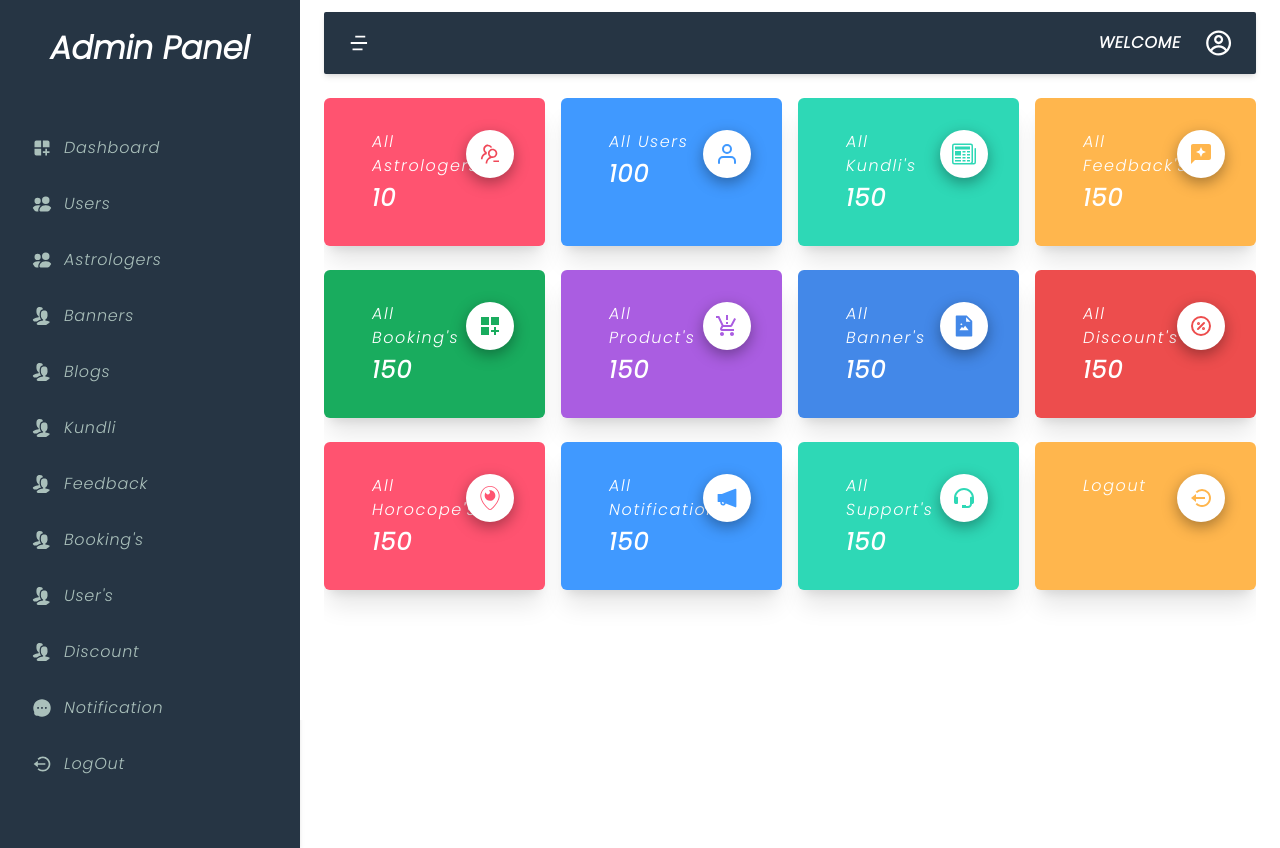
Repository: FlyweisReact/Hariom-Admin-Panel
Page: /vendorDashboard
An editor plug-in stored every save of this project. The page is shown before and after the next save, followed by the edit.
The browser window is 1280 px wide. The pictures show the whole page.
Some web libraries are served in a nearby version. The project was rebuilt for these pictures with package versions that can differ from the ones it lists, and the page was loaded fresh each time. Also part of the build but not shown: src/vendorPanel/forms/VendorLogin.jsx, src/vendorPanel/pages/AdminDiscount.js, src/vendorPanel/pages/AdminReview.js, src/vendorPanel/pages/Astrologers.js, src/vendorPanel/pages/Banners.js, src/vendorPanel/pages/Booking.js, src/vendorPanel/pages/Horoscope.js, src/vendorPanel/pages/Kundli.js and 6 more.

Above is the page before, as saved 2023-04-15 15:38:20.

### public/index.html
<!-- @format -->

<!DOCTYPE html>
<html lang="en">
  <head>
    <meta charset="utf-8" />
    <meta name="viewport" content="width=device-width, initial-scale=1" />
    <meta name="theme-color" content="#000000" />
    <meta
      name="description"
      content="Web site created using create-react-app"
    />
    <link rel="apple-touch-icon" href="%PUBLIC_URL%/favicon.ico?v=2" />
    <link rel="manifest" href="%PUBLIC_URL%/manifest.json" />
    <link rel="preconnect" href="https://fonts.googleapis.com">
<link rel="preconnect" href="https://fonts.gstatic.com" crossorigin>
<link href="https://fonts.googleapis.com/css2?family=Roboto+Mono:ital,wght@1,300&display=swap" rel="stylesheet">
    <title>HariOm</title>
  </head>
  <body>
    <noscript>You need to enable JavaScript to run this app.</noscript>
    <div id="root"></div>
    <script src="https://code.jquery.com/jquery-3.6.0.min.js"></script>
    <script src="https://kit.fontawesome.com/b533b351e4.js" crossorigin="anonymous"></script>
  </body>
</html>

### src/index.js
import React from "react";
import ReactDOM from "react-dom/client";
import "./index.css";
import App from "./App";
import { BrowserRouter } from "react-router-dom";
import 'bootstrap/dist/css/bootstrap.min.css'

const root = ReactDOM.createRoot(document.getElementById("root"));
root.render(
  <React.StrictMode>
    <BrowserRouter>
      <App />
    </BrowserRouter>
  </React.StrictMode>
);

### src/index.css
/** @format */

@tailwind base;
@tailwind components;
@tailwind utilities;
@import url("https://fonts.googleapis.com/css2?family=Roboto+Mono:ital,wght@1,300&display=swap");
@font-face {
  font-family: Roboto;
  src: url('./Fonts/Poppins-LightItalic.ttf');
}
body {
  margin: 0;
  font-family:Roboto !important;
  -webkit-font-smoothing: antialiased;
  -moz-osx-font-smoothing: grayscale;
}



code {
  font-family:Roboto !important;
}

html {
  font-family:Roboto !important;
}

::-webkit-scrollbar {
  width: 10px;
}
.fa-trash {
  color: red;
  cursor: pointer;
}

/* Track */
::-webkit-scrollbar-track {
  background: #f1f1f1;
}

/* Handle */
::-webkit-scrollbar-thumb {
  background: #888;
}

/* Handle on hover */
::-webkit-scrollbar-thumb:hover {
  background: #555;
}
.profileImage{
  width: 100px;
}
.fa-eye{
  color: #029aff;
  cursor: pointer;
}

.View{
  border:  1px solid black;
  width: 100%;
  padding: 10px;

}

.main-card--container {
  display: grid;
  grid-template-columns: repeat(3, minmax(300px, 500px));
  grid-gap: 50px;
  justify-content: space-around;
}
.card-container {
  margin: 25px 0 auto;
  box-shadow: rgba(0, 0, 0, 0.35) 0px 5px 15px;
  position: relative;
  display: grid;
  grid-template-columns: 1fr;
  justify-content: space-around;
  align-items: flex-start;
}

.myEdit:focus {
  box-shadow: rgba(0, 0, 0, 0.35) 0px 5px 15px;
}

### src/App.js
/** @format */

import { Routes, Route } from "react-router-dom";
import { ToastContainer } from "react-toastify";
import "react-toastify/dist/ReactToastify.css";
import VendorLogin from './vendorPanel/forms/VendorLogin'
import AdminDiscount from "./vendorPanel/pages/AdminDiscount";
import AdminReview from "./vendorPanel/pages/AdminReview";
import Astrologers from "./vendorPanel/pages/Astrologers";
import Banners from "./vendorPanel/pages/Banners";
import Booking from "./vendorPanel/pages/Booking";
import Horoscope from "./vendorPanel/pages/Horoscope";
import Kundli from "./vendorPanel/pages/Kundli";
import Message from "./vendorPanel/pages/Message";
import UploadDocs from "./vendorPanel/pages/UploadDocs";
import Users from "./vendorPanel/pages/Users";
import VendorDashboard from './vendorPanel/pages/VendorDashboard.jsx'
import AdminUsers from './vendorPanel/pages/AdminUsers'
import AdminBlogs from './vendorPanel/pages/AdminBlogs'
import AdminCategory from './vendorPanel/pages/AdminCategory'
// import AdminUsers from './vendorPanel/pages/AdminUsers'

function App() {
  return (
    <>
      <ToastContainer />

      <Routes>
        <Route path="/" element={<VendorLogin />} />
        <Route path="/vendorDashboard" element={<VendorDashboard />} />
        <Route path="/astro" element={<Astrologers />} />
        <Route path="/kundli" element={<Kundli />} />
        <Route path="/horo" element={<Horoscope />} />
        <Route path="/adminReviews" element={<AdminReview />} />
        <Route path="/uploadDocs" element={<UploadDocs />} />
        <Route path="/Banners" element={<Banners />} />
        <Route path="/AdminDiscount" element={<AdminDiscount />} />
        <Route path="/msg" element={<Message />} />
        <Route path="/book" element={<Booking />} />
        <Route path="/users" element={<Users />} />
        <Route path="/admin/users" element={<AdminUsers />} />
        <Route path='/admin/blogs' element={<AdminBlogs />} />
        <Route path="/admin/category" element={<AdminCategory />} />
      </Routes>
    </>
  );
}

export default App;

### src/vendorPanel/pages/VendorDashboard.jsx
import React from "react";
import { MdDashboardCustomize, MdProductionQuantityLimits ,MdReviews } from "react-icons/md";
import { FaPeriscope } from "react-icons/fa";
import {AiOutlineUsergroupDelete ,AiFillFileImage , AiFillNotification} from 'react-icons/ai'
import {FiUser} from 'react-icons/fi'
import {BsNewspaper} from 'react-icons/bs'
import {BiSupport ,BiLogOutCircle} from 'react-icons/bi'
import {TbDiscount} from 'react-icons/tb'
import HOC from "../layout/HOC";


const VendorDashboard = () => {
  const card = [
    {
      progress: "bg-blue-400",
      title: "All Astrologers",
      number: "10",
      icon: <AiOutlineUsergroupDelete className="text-2xl text-[rgb(240,72,88)]" />,
      bg : "#ff5370"
    },
    {
      progress: "bg-green-400",
      title: "All Users",
      number: "100",
      icon: (
        <FiUser className="text-2xl text-[#4099ff]" />
      ),
      bg : "#4099ff"
    },
    {
      progress: "bg-yellow-400",
      title: "All Kundli's",
      number: "150",
      icon: <BsNewspaper className="text-2xl text-[#2ed8b6]" />,
      bg : "#2ed8b6"
    },
    {
      progress: "bg-yellow-400",
      title: "All Feedback's",
      number: "150",
      icon: <MdReviews className="text-2xl text-[#ffb64d]" />,
      bg : "#ffb64d"
    },
    {
      progress: "bg-yellow-400",
      title: "All Booking's",
      number: "150",
      icon: <MdDashboardCustomize className="text-2xl text-[#19ac5e]" />,
      bg : "#19ac5e"
    },
    {
      progress: "bg-yellow-400",
      title: "All Product's",
      number: "150",
      icon: <MdProductionQuantityLimits className="text-2xl text-[#aa5de1]" />,
      bg : "#aa5de1"
    },
    {
      progress: "bg-yellow-400",
      title: "All Banner's",
      number: "150",
      icon: <AiFillFileImage className="text-2xl text-[#4388e8]" />,
      bg : "#4388e8"
    },
    {
      progress: "bg-yellow-400",
      title: "All Discount's",
      number: "150",
      icon: <TbDiscount className="text-2xl text-[#ed4d4d]" />,
      bg  : "#ed4d4d"
    },
    {
      progress: "bg-yellow-400",
      title: "All Horocope's",
      number: "150",
      icon: <FaPeriscope className="text-2xl text-[#ff5370]" />,
      bg : "#ff5370"
    },
    {
      progress: "bg-yellow-400",
      title: "All Notification's",
      number: "150",
      icon: <AiFillNotification className="text-2xl text-[#4099ff]" />,
      bg : "#4099ff"
    },
    {
      progress: "bg-yellow-400",
      title: "All Support's",
      number: "150",
      icon: <BiSupport className="text-2xl text-[#2ed8b6]" />,
      bg : "#2ed8b6"
    },
    {
      progress: "bg-yellow-400",
      title: "Logout",
      icon: <BiLogOutCircle className="text-2xl text-[#ffb64d]" />,
      bg : "#ffb64d"
    },
  ];
  return (
    <>
      <section className="grid md:grid-cols-4 grid-cols-2 gap-y-6 gap-x-4">
        {/* Card */}
        {card.map((card , index) => {
          return (
            <div className="px-5 py-8 bg-slate-200 space-y-2 shadow-xl flex flex-col  rounded-md" key={index} style={{backgroundColor : `${card.bg}`}}>
              <div className="grid  justify-between grid-cols-4">
                <div className="flex flex-col col-span-3 space-y-1">
                  <span className="tracking-widest text-gray-900" style={{color : '#fff'}}>
                    {card.title}
                  </span>
                  <span className="tracking-wider text-gray-700 text-xl md:text-2xl font-semibold" style={{color : '#fff'}}>
                    {card.number}
                  </span>
                </div>
                <div className="flex rounded-full w-10 h-10 sm:w-12 sm:h-12 bg-white justify-center items-center" style={{boxShadow : 'rgba(0, 0, 0, 0.35) 0px 5px 15px'}}>
                  {card.icon}
                </div>
              </div>
            </div>
          );
        })}
      </section>
    </>
  );
};

export default HOC(VendorDashboard);

### src/vendorPanel/layout/HOC.jsx
import React, { useState } from "react";
import Navbar from "./Navbar";
import Sidebar from "./Sidebar";

const HOC = (Wcomponenet) => {
  return function Component() {
    const [hamb, setHamb] = useState(false);
    return (
      <>
        <section className="flex overflow-x-hidden relative">
          {/* Sidebar */}
          <div
            className={
              hamb
                ? " absolute top-0 z-30 md:w-auto shadow-md bg-slate-200  w-60 transition-all md:-left-full left duration-150  h-auto overflow-y-auto  left-0 "
                : " md:w-72 z-30 bg-slate-200  shadow-md  md:static absolute top-0 -left-full   transition-all duration-150  overflow-y-auto h-auto"
            }
            style={{minWidth : '300px'}}
          >
            <Sidebar hamb={hamb} setHamb={setHamb} />
          </div>
          {/* Components & Navbar */}
          <div
            className={
              hamb
                ? " transition-all px-4 py-2  bg-white duration-150 w-full h-screen"
                : " w-full h-screen  px-4 py-2  bg-white z-50 transition-all duration-150 "
            }
          >
            <Navbar hamb={hamb} setHamb={setHamb} />
            <div className="my-6 text-#000 h-[87%] wcomp overflow-y-auto">
              <Wcomponenet />
            </div>
          </div>
        </section>
      </>
    );
  };
};

export default HOC;

### src/vendorPanel/layout/Navbar.jsx
/** @format */

import { RiMenu4Line } from "react-icons/ri";
import { CgProfile } from "react-icons/cg";
import Form from "react-bootstrap/Form";
import { useState } from "react";
import Button from "react-bootstrap/Button";
import Modal from "react-bootstrap/Modal";
import Container from "react-bootstrap/Container";

function MyVerticallyCenteredModal(props) {
  return (
    <Modal
      {...props}
      size="lg"
      aria-labelledby="contained-modal-title-vcenter"
      centered
    >
      <Modal.Header closeButton>
        <Modal.Title id="contained-modal-title-vcenter">
          Edit Profile
        </Modal.Title>
      </Modal.Header>
      <Modal.Body>
        <Container style={{ width: "600px" }}>
          <Form>
            <Form.Group className="mb-3" controlId="formBasicEmail">
              <Form.Label>Name</Form.Label>
              <Form.Control type="text" placeholder="Admin" />
            </Form.Group>
            <Form.Group className="mb-3" controlId="formBasicPassword">
              <Form.Label>Email Address</Form.Label>
              <Form.Control type="email" placeholder="admin@gmail.com" />
            </Form.Group>
            <Form.Group className="mb-3" controlId="formBasicPassword">
              <Form.Label>Password</Form.Label>
              <Form.Control type="password" placeholder="Password" />
            </Form.Group>
            <Button variant="outline-success" type="submit">
              Edit
            </Button>
          </Form>
        </Container>
      </Modal.Body>
    </Modal>
  );
}

const Navbar = ({ hamb, setHamb }) => {
  const [modalShow, setModalShow] = useState(false);

  return (
    <>
      <MyVerticallyCenteredModal
        show={modalShow}
        onHide={() => setModalShow(false)}
      />

      <div
        className={
          hamb
            ? "flex  w-full justify-between  my-1 rounded-sm  p-4 py-3 shadow-md items-center  bg-slate-200 space-x-4"
            : "flex  w-full justify-between my-1 rounded-sm  p-4 py-3 shadow-md items-center  bg-slate-200 space-x-4"
        }
        style={{backgroundColor : '#263544'}}
      >
        <RiMenu4Line
          onClick={() => setHamb(!hamb)}
          className="text-2xl font-bold text-gray-900 hover:scale-90 cursor-pointer"
          style={{color : '#fff'}}
        />

        <section className="flex sm:ml-auto justify-end sm:w-full items-center space-x-2  pr-2">
          <figcaption className="tracking-wider pl-1 font-semibold">
            <div className="lg:text-base text-sm text-gray-900  uppercase"    style={{color : '#fff'}}>
              Welcome
            </div>
          </figcaption>
        </section>

        <CgProfile
          onClick={() => setModalShow(true)}
          className="text-2xl sm:text-3xl font-bold text-[rgb(241,146,46)] cursor-pointer"
          style={{color : '#fff'}}
        />
      </div>
    </>
  );
};

export default Navbar;

### src/vendorPanel/layout/Sidebar.jsx
/** @format */

import React from "react";
import { RiCloseLine } from "react-icons/ri";
import { Link, useNavigate } from "react-router-dom";
import { BsFillPeopleFill } from "react-icons/bs";
import { ImUsers } from "react-icons/im";
import { BiLogOutCircle } from "react-icons/bi";
import { MdDashboardCustomize } from "react-icons/md";
import { BsGlobe2 } from "react-icons/bs";
import { AiFillMessage } from "react-icons/ai";

const Sidebar = ({ hamb, setHamb }) => {
  const navigate = useNavigate();

  const nav = [
    {
      icon: <MdDashboardCustomize className="text-xl mr-3 rounded-full " />,
      link: "/vendorDashboard",
      name: "Dashboard",
    },
    {
      icon: <BsFillPeopleFill className="text-xl mr-3 rounded-full " />,
      link: "/admin/users",
      name: "Users",
    },
    {
      icon: <BsFillPeopleFill className="text-xl mr-3 rounded-full " />,
      link: "/astro",
      name: "Astrologers",
    },
    {
      icon: <ImUsers className="text-xl mr-3 rounded-full " />,
      link: "/Banners",
      name: "Banners",
    },
    {
      icon: <ImUsers className="text-xl mr-3 rounded-full " />,
      link: "/admin/blogs",
      name: "Blogs",
    },
    {
      icon: <ImUsers className="text-xl mr-3 rounded-full " />,
      link: "/kundli",
      name: "Kundli",
    },
    {
      icon: <ImUsers className="text-xl mr-3 rounded-full " />,
      link: "/adminReviews",
      name: "Feedback",
    },
    {
      icon: <ImUsers className="text-xl mr-3 rounded-full " />,
      link: "/book",
      name: "Booking's",
    },
    {
      icon: <ImUsers className="text-xl mr-3 rounded-full " />,
      link: "/users",
      name: "User's",
    },

    {
      icon: <ImUsers className="text-xl mr-3 rounded-full " />,
      link: "/AdminDiscount",
      name: "Discount",
    },

    {
      icon: <AiFillMessage className="text-xl mr-3 rounded-full " />,
      link: "/msg",
      name: "Notification",
    },
  ];

  const logOut = () => {
    localStorage.removeItem("AdminToken");
    navigate("/");
  };

  return (
    <>
      <aside
        className="p-4 h-auto"
        style={{ backgroundColor: "#263544", minHeight: "100vh" }}
      >
        {/* Top */}
        <div className="w-full md:hidden relative  p-2 mb-4">
          <RiCloseLine
            onClick={() => setHamb(!hamb)}
            className="text-3xl  absolute top-2 sm:hover:rotate-[228deg] transition-transform font-bold right-2 sm:hover:text-[22px] text-[rgb(241,146,46)] cursor-pointer"
          />
        </div>{" "}
        <figure className="flex  flex-col items-center">
          <span className="font-bold text-[#fff]" style={{ fontSize: "2rem" }}>
            Admin Panel
          </span>
        </figure>
        <nav className="py-6">
          {nav.map((nav) => {
            return (
              <Link
                to={nav.link}
                key={nav.name}
                className=""
                style={{ textDecoration: "none" }}
              >
                <span
                  className="flex my-3 items-center cursor-pointer text-gray-900    tracking-wider p-2 rounded-sm"
                  style={{ color: "#aac0bb" }}
                >
                  {nav.icon} {nav.name}
                </span>
              </Link>
            );
          })}
          <span
            className="flex my-3 items-center cursor-pointer text-gray-900    tracking-wider p-2 rounded-sm"
            onClick={() => logOut()}
            style={{ color: "#aac0bb" }}
          >
            <BiLogOutCircle className="text-xl mr-3 rounded-full " /> LogOut
          </span>
        </nav>
      </aside>
    </>
  );
};

export default Sidebar;

Loaded but not shown: tailwind.config.js (common file)

After the next save:
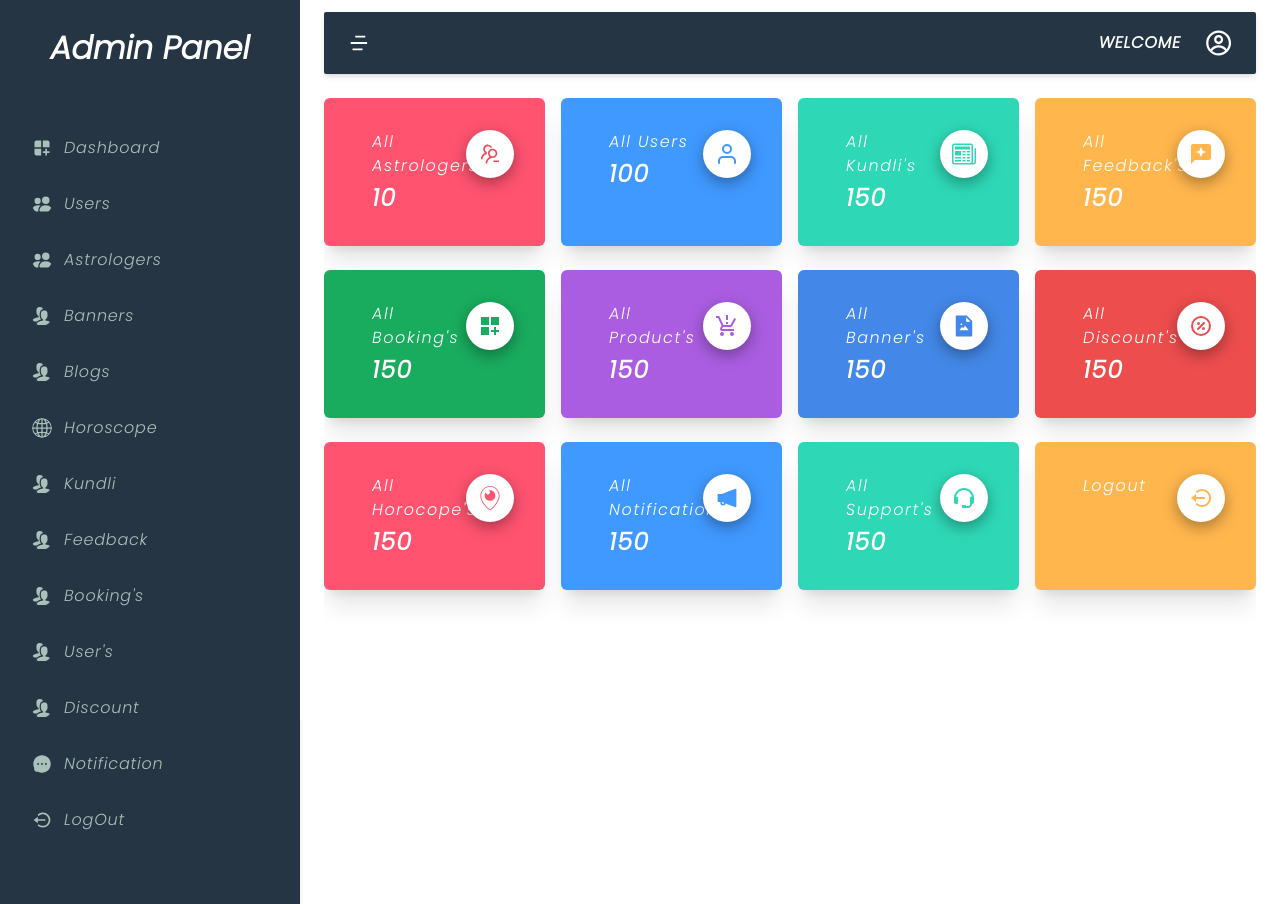
Saved 4 s later.
--- a/src/vendorPanel/layout/Sidebar.jsx
+++ b/src/vendorPanel/layout/Sidebar.jsx
@@ -38,6 +38,11 @@ const Sidebar = ({ hamb, setHamb }) => {
       icon: <ImUsers className="text-xl mr-3 rounded-full " />,
       link: "/admin/blogs",
       name: "Blogs",
+    },
+    {
+      icon: <BsGlobe2 className="text-xl mr-3 rounded-full " />,
+      link: "/horo",
+      name: "Horoscope",
     },
     {
       icon: <ImUsers className="text-xl mr-3 rounded-full " />,
